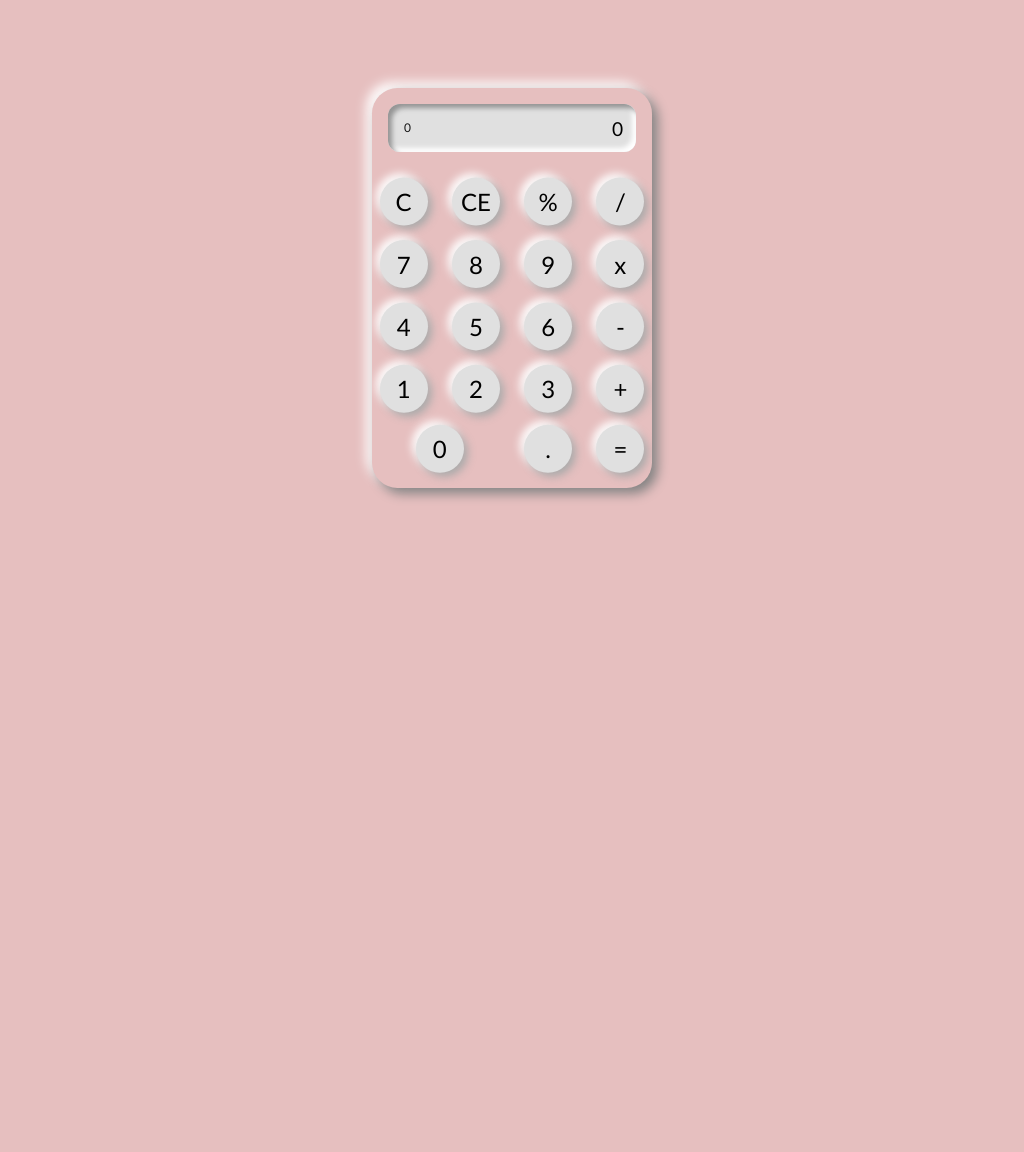
Repository: Goldmyn/Calculator
Page: index.html
The author's editor kept a copy of each file at every save. The page is drawn from the files as they stood at one save, then again after the next save.
The browser window is 1280 px wide. The pictures show the whole page, at 80% of full size.

Above is the page before, as saved 2022-09-28 04:28:51.

### index.html
<!DOCTYPE html>
<html lang="en">
  <head>
    <meta charset="UTF-8" />
    <meta http-equiv="X-UA-Compatible" content="IE=edge" />
    <meta name="viewport" content="width=device-width, initial-scale=1.0" />
    <title>Document</title>
    <link rel="stylesheet" href="index.css" />
  </head>
  <body>
    <section>
      <div class="container">
        <div class="calculator">
          <div class="display">
            <div class="display-1">0</div>
            <div class="border"> <div class="display-2">0</div></div>
            <div class="temp-result"></div>
          </div>
          <div class="all_button">
            <div class="button all-clear">C</div>
            <div class="button last-entity-clear">CE</div>
            <div class="button operation">%</div>
            <div class="button operation">/</div>
            <div class="button number">7</div>
            <div class="button number">8</div>
            <div class="button number">9</div>
            <div class="button operation">x</div>
            <div class="button number">4</div>
            <div class="button number">5</div>
            <div class="button number">6</div>
            <div class="button operation">-</div>
            <div class="button number">1</div>
            <div class="button number">2</div>
            <div class="button number">3</div>
            <div class="button operation">+</div>
            <div class="button btn-0 number">0</div>
            <div class="button number dot">.</div>
            <div class="button equal">=</div>
          </div>
        </div>
      </div>
    </section>
    <section>

    <script src="index.js"></script>
  </body>
</html>

### index.css
* {
    padding: 0;
    margin: 0;
    box-sizing: border-box;
  }
  html {
    font-family: 'Gill Sans', 'Gill Sans MT', Calibri, 'Trebuchet MS', sans-serif;
  }
  section {
    background-color: #e6bfbf;
    min-height: 100vh;
    width: 100%;
    display: flex;
    align-items: center;
    justify-content: center;
  }
  .container {
    background-color: #e0e0e0;
    width: 90%;
    height: 500px;
    max-width: 350px;
    border-radius: 32px;
    background: #e6bfbf;
    box-shadow: 7px 7px 14px #828282, -7px -7px 14px #ffffff;
    overflow: hidden;
  }
  .display {
    height: 100px;
    width: 100%;
    text-align: right;
    padding: 20px;
    font-size: 30px;
    position: relative;
  }
  .display-1 {
    opacity: 0.9;
    font-size: 15px;
    height: 20px;
    overflow: hidden;
    position: absolute;
    bottom: 40px;
    left: 40px;
  }

  .border {
    background-color: aqua;
    height: 60px;
    width: 100%;
    padding-right: 1rem;
    display: flex;
    align-items: center;
    justify-content: flex-end;
    border-radius: 15px;
    background: #e0e0e0;
    font-size: 24px;
    box-shadow: inset 5px 5px 7px #949494, inset -5px -5px 7px #ffffff;
  }

  .temp-result {
    display: none;
  }

  .all_button {
    color: rgb(0, 0, 0);
    display: grid;
    grid-template:
      repeat(4, minmax(67px, 1fr))
      / repeat(4, minmax(50px, 1fr));
    gap: 0.7rem;
    transform: translateY(0.5rem);
    place-items: center;
  }
  .button {
    display: inline-block;
    height: 60px;
    width: 60px;
    display: flex;
    align-items: center;
    justify-content: center;
    font-size: 30px;
    cursor: pointer;
    border-radius: 100px;
    background: #e0e0e0;
    box-shadow: 5px 5px 11px #aaaaaa, -5px -5px 11px #ffffff;
  }
  .button:hover {
    background-color: rgb(30, 43, 46);
    color: white;
  }
  .btn-0 {
    grid-column: 1/3;
  }

### index.js
const display1El = document.querySelector('.display-1')
const display2El = document.querySelector('.display-2')
const tempResultEl = document.querySelector('.temp-result')
const numbersEl = document.querySelectorAll('.number')
const operationEl = document.querySelectorAll('.operation')
const equalEl = document.querySelector('.equal')
const clearAllEl = document.querySelector('.all-clear')
const clearLastEl = document.querySelector('.last-entity-clear')
let dis1Num = ''
let dis2Num = ''
let result = null
let lastOperation = ''
let haveDot = false

numbersEl.forEach((number) => {
  number.addEventListener('click', (e) => {
    if (e.target.innerText === '.' && !haveDot) {
      haveDot = true
    } else if (e.target.innerText === '.' && haveDot) {
      return
    }
    dis2Num += e.target.innerText
    display2El.innerText = dis2Num
    // console.log();
  })
})

operationEl.forEach((operation) => {
  operation.addEventListener('click', (e) => {
    if (!dis2Num) return
    haveDot = false
    const operationName = e.target.innerText
    if (dis1Num && dis2Num && lastOperation) {
      mathOperation()
    } else {
      result = parseFloat(dis2Num)
    }
    clearVar(operationName)
    lastOperation = operationName
    console.log(result)
  })
})
function clearVar(name = '') {
  dis1Num += dis2Num + ' ' + name + ' '
  display1El.innerText = dis1Num
  display2El.innerText = ''
  dis2Num = ''
  tempResultEl.innerText = result
}

function mathOperation() {
  if (lastOperation === 'x') {
    result = parseFloat(result) * parseFloat(dis2Num)
  } else if (lastOperation === '+') {
    result = parseFloat(result) + parseFloat(dis2Num)
  } else if (lastOperation === '-') {
    result = parseFloat(result) - parseFloat(dis2Num)
  } else if (lastOperation === '/') {
    result = parseFloat(result) / parseFloat(dis2Num)
  } else if (lastOperation === '%') {
    result = parseFloat(result) % parseFloat(dis2Num)
  }
}
// operation();

equalEl.addEventListener('click', () => {
  if (!dis2Num || !dis1Num) return
  haveDot = false
  mathOperation()
  clearVar()
  display2El.innerText = result
  tempResultEl.innerText = ''
  dis2Num = result
  dis1Num = ''
})

clearAllEl.addEventListener('click', () => {
  dis1Num = ''
  dis2Num = ''
  display1El.innerText = ''
  display2El.innerText = ''
  result = ''
  tempResultEl.innerText = ''
})

clearLastEl.addEventListener('click', () => {
  display2El.innerText = ''
  dis2Num = ''
})

window.addEventListener('keydown', (e) => {
  if (
    e.key === '0' ||
    e.key === '1' ||
    e.key === '2' ||
    e.key === '3' ||
    e.key === '4' ||
    e.key === '5' ||
    e.key === '6' ||
    e.key === '7' ||
    e.key === '8' ||
    e.key === '9' ||
    e.key === '.'
  ) {
    clickButtonEl(e.key)
    // console.log(e.key)
  } else if (e.key === '+' || e.key === '-' || e.key === '/' || e.key === '%') {
    clickOperation(e.key)
  } else if (e.key === '*') {
    clickOperation('x')
    // console.log(e.key)
  } else if (e.key == 'Enter' || e.key === '=') {
    clickEqual()
  }
  // console.log(e.key)
})
function clickButtonEl(key) {
  numbersEl.forEach((button) => {
    if (button.innerText === key) {
      button.click()
    }
  })
}
function clickOperation(key) {
  operationEl.forEach((operation) => {
    if (operation.innerText === key) {
      operation.click()
    }
  })
}
function clickEqual() {
  equalEl.click()
}

After the next save:
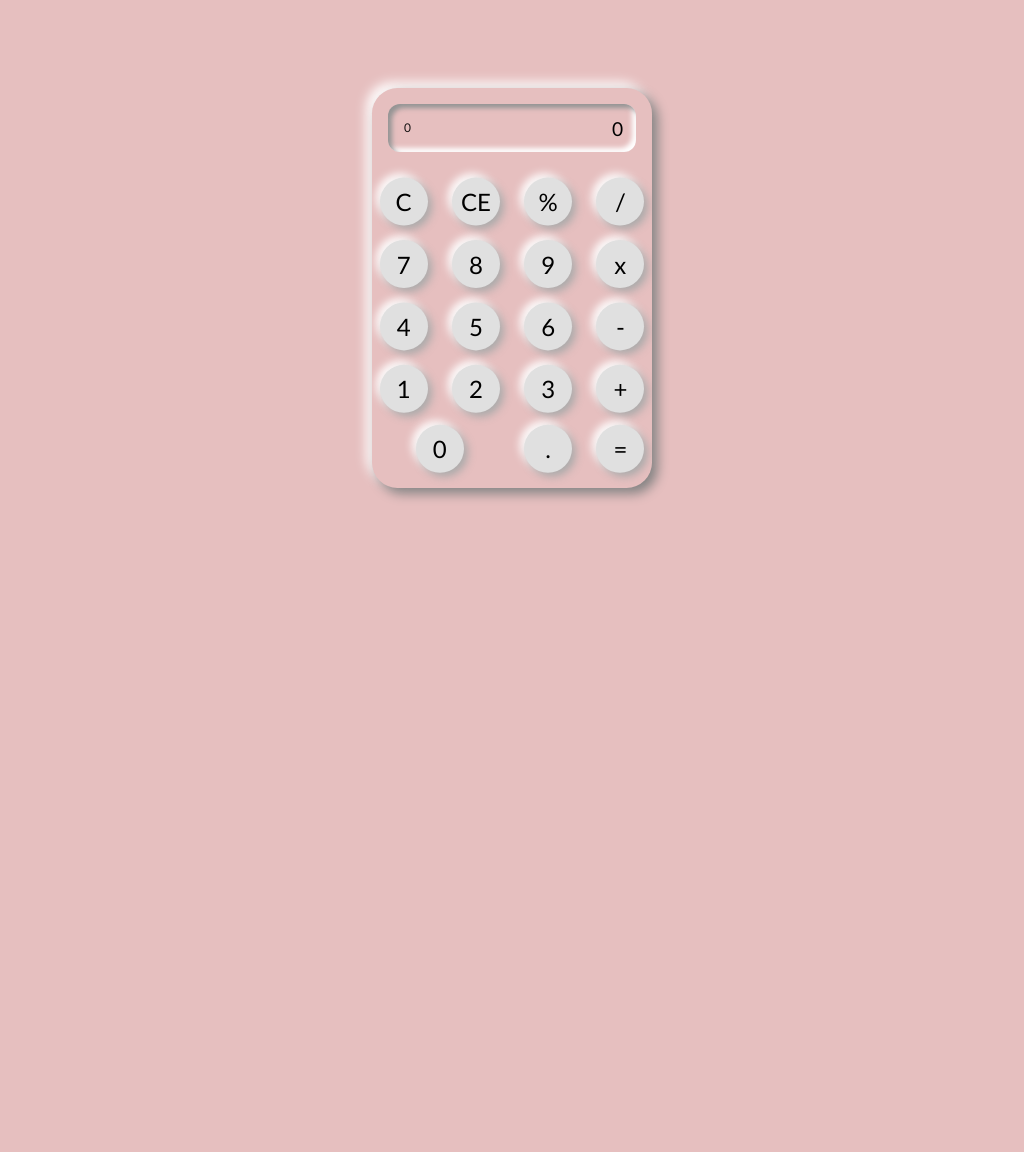
Saved 10 s later.
--- a/index.css
+++ b/index.css
@@ -51,7 +51,7 @@
     align-items: center;
     justify-content: flex-end;
     border-radius: 15px;
-    background: #e0e0e0;
+    background: #e6bfbf;
     font-size: 24px;
     box-shadow: inset 5px 5px 7px #949494, inset -5px -5px 7px #ffffff;
   }

After the save that followed:
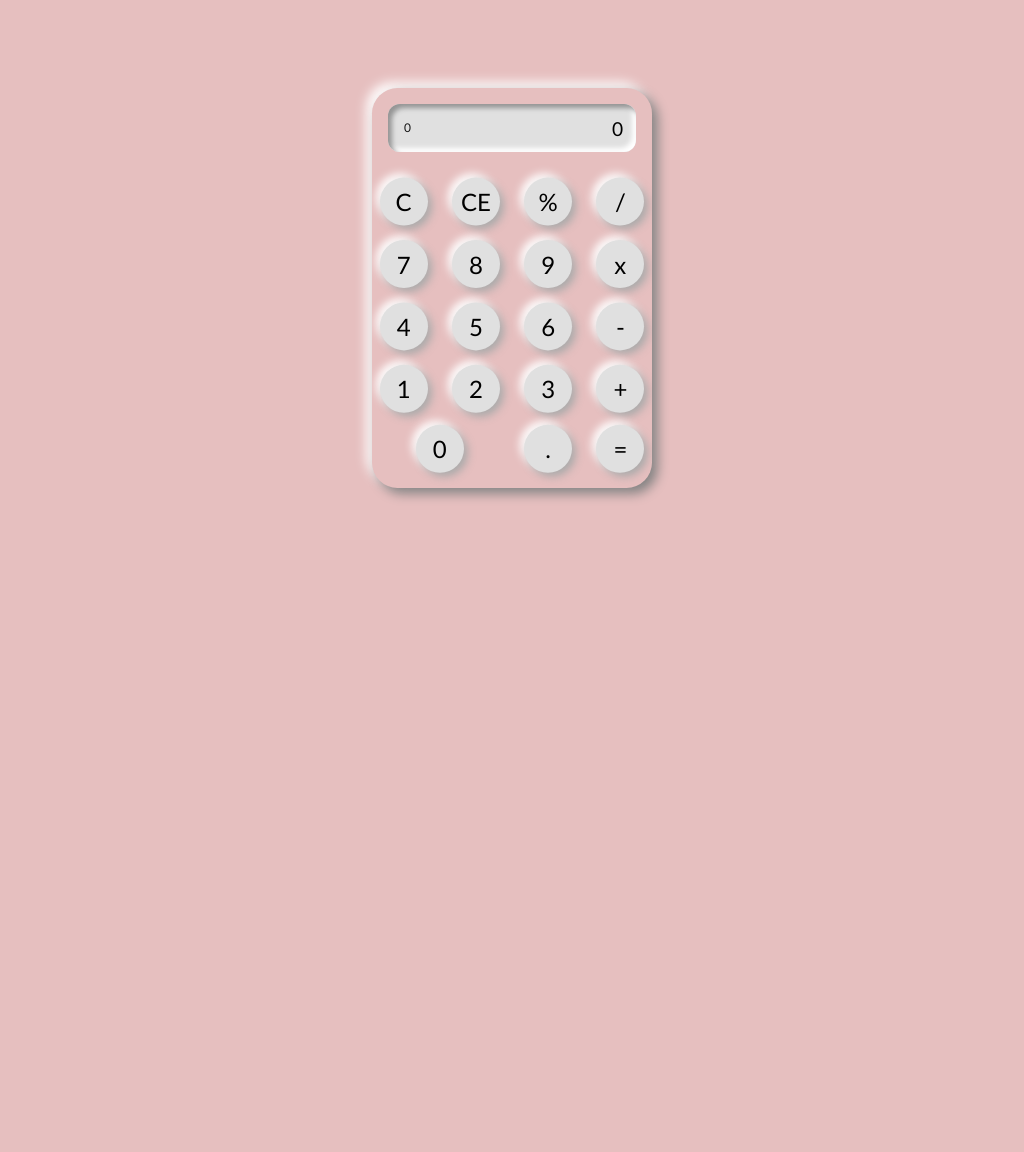
Saved 5 s later.
--- a/index.css
+++ b/index.css
@@ -51,7 +51,7 @@
     align-items: center;
     justify-content: flex-end;
     border-radius: 15px;
-    background: #e6bfbf;
+    background: #e0e0e0;
     font-size: 24px;
     box-shadow: inset 5px 5px 7px #949494, inset -5px -5px 7px #ffffff;
   }
